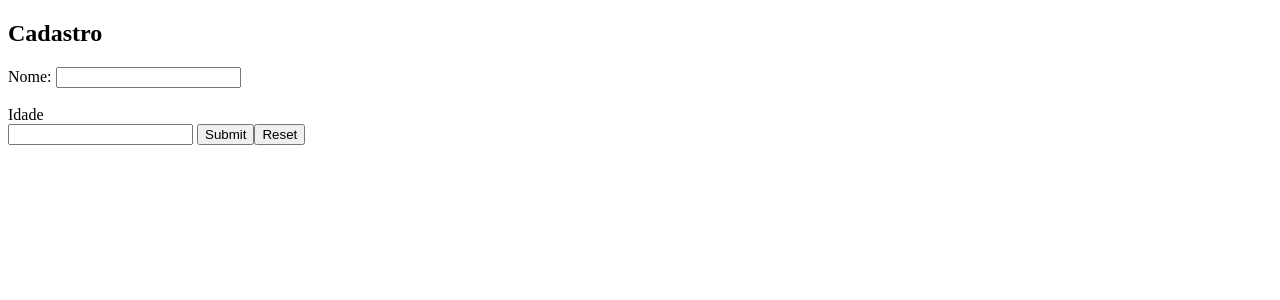
Repository: ViniciusyLima/SpringToolSuite4
Page: http://localhost/aula05/Cadastro.jsp
An editor plug-in stored every save of this project. The page is shown before and after the next save, followed by the edit.
The browser window is 1280 px wide. The pictures show the whole page.
The page is served by Tomcat 9.

Above is the page before, as saved 2023-09-06 12:02:58.

After the next save:
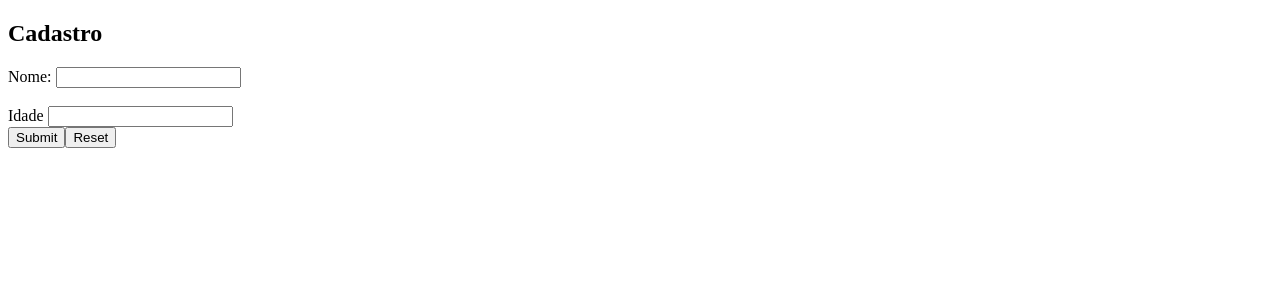
Saved 13 s later.
--- a/aula05/src/main/webapp/Cadastro.jsp
+++ b/aula05/src/main/webapp/Cadastro.jsp
@@ -13,8 +13,8 @@
 	<input type="text" name="nome" id="nome">
 	<br><br>
 	<label>Idade</label>
+	<input type="text" name="idade" id="idade">
 	<br>
-	<input type="text" name="idade" id="idade">
 	<input type="submit"><input type="reset">
 	</form>
 </body>
